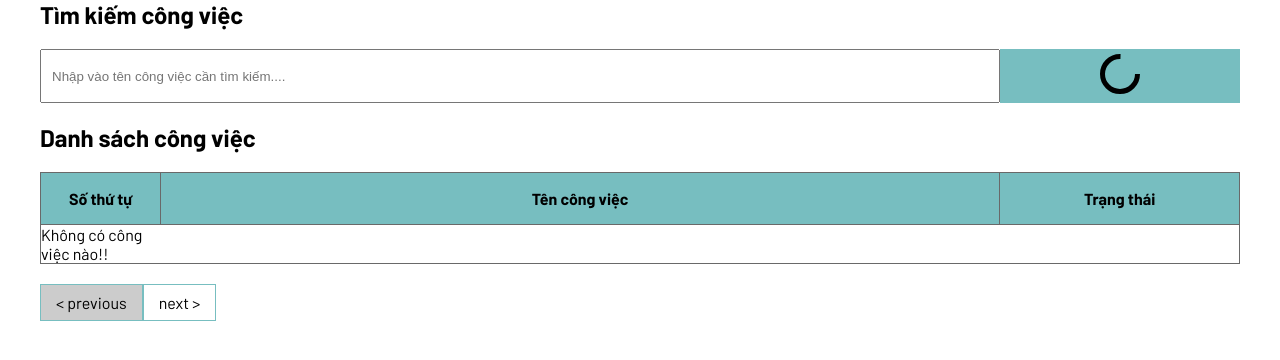
Repository: OkazakiTruong/searchReact
Page: /
These files come from the project's save history. The page is drawn as it stood at one moment and after the next save; the edit follows.
The browser window is 1280 px wide. The pictures show the whole page.
The page's requests for data from a server got no answer. The project was rebuilt for these pictures with package versions that can differ from the ones it lists, and the page was loaded fresh each time. No one was signed in, and anything a server would have sent is missing. Also part of the build but not shown: vite.config.js.

Above is the page before, as saved 2024-01-13 23:33:45.

### src/App.jsx
import React from "react";
import { SearchAppContainer } from "./SearchApp/SearchAppContainer";

export const App = () => {
  return (
    <div className="app">
      <SearchAppContainer />
    </div>
  );
};

### src/index.css
@import url("https://fonts.googleapis.com");
@import url("https://fonts.gstatic.com");
@import url("https://fonts.googleapis.com/css2?family=Barlow:ital,wght@0,100;0,200;0,300;0,400;0,500;0,600;0,700;0,800;0,900;1,100;1,200;1,300;1,400;1,500;1,600;1,700;1,800;1,900&display=swap");

* {
  padding: 0;
  margin: 0;
  box-sizing: border-box;
}

body {
  font-family: "Barlow", sans-serif;
}
ul,
li {
  list-style: none;
}

.app {
  max-width: 1250px;
  padding: 0 25px;
  margin: 0 auto;
}

### src/SearchApp/SearchAppContainer.jsx
import React, { useCallback, useEffect, useState, useRef } from "react";
import { ListTodo } from "./Todo/ListTodo";
import { Search } from "./Search/Search";
import { Pagination } from "./Pagination/Pagination";
import debounce from "lodash.debounce";
export const SearchAppContainer = () => {
  const [todos, setTodos] = useState(null);
  const [totalPage, setTotalPage] = useState(null);
  const [currentPage, setCurrentPage] = useState(1);
  const [isLoading, setIsLoading] = useState(false);
  const [filter, setFilter] = useState({
    title_like: "",
  });
  // const debounceDropDown = useRef(
  //   debounce((nextValue) => fetchDropdownOptions(nextValue), 1000)
  // ).current;
  useEffect(() => {
    const params = new URLSearchParams(filter).toString();
    //fetch api
    setIsLoading(true);
    fetch(
      `https://jsonplaceholder.typicode.com/todos?_page=${currentPage}&_limit=10&${params}`,
      {
        method: "GET",
        headers: {
          "Content-type": "application/json",
        },
      }
    )
      .then((response) => {
        setTotalPage(Math.ceil(+response.headers.get("x-total-count") / 10));
        return response.json();
      })
      .then((data) => {
        setIsLoading(false);
        setTodos(data);
      });
  }, [currentPage, filter]);
  const handlePageClick = (event) => {
    setCurrentPage(++event.selected);
  };
  const handleSearch = (event) => {
    const dataSearch = event.target.value;
    setFilter({ ...filter, title_like: `${dataSearch.trim()}` });
  };
  const handleSubmit = (title) => {
    setFilter({ ...filter, title_like: `${title.trim()}` });
  };
  return (
    <div>
      <Search
        todos={todos}
        handleSearch={handleSearch}
        handleSubmit={handleSubmit}
        isLoading={isLoading}
      />
      <ListTodo todos={todos} />
      <Pagination totalPage={totalPage} handlePageClick={handlePageClick} />
    </div>
  );
};

### src/SearchApp/Todo/ListTodo.jsx
import React from "react";
import "./listTodo.css";

export const ListTodo = ({ todos }) => {
  return (
    <>
      <h2>Danh sách công việc</h2>
      <table>
        <tbody>
          <tr>
            <th className="numerical-order">Số thứ tự</th>
            <th className="todo-name">Tên công việc</th>
            <th className="status">Trạng thái</th>
          </tr>
          {!todos
            ? "Không có công việc nào!!"
            : todos.map((todo, index) => (
                <tr key={todo.id}>
                  <td className="numeric-order">{todo.id}</td>
                  <td>{todo.title}</td>
                  <td>
                    {todo.completed ? "Đã hoàn thành" : "Chưa hoàn thành"}
                  </td>
                </tr>
              ))}
        </tbody>
      </table>
    </>
  );
};

### src/SearchApp/Search/Search.jsx
import React, { useEffect, useRef, useState } from "react";
import "./Search.css";

export const Search = ({ todos, handleSearch, handleSubmit, isLoading }) => {
  const suggestRef = useRef(null);
  const inputRef = useRef(null);
  const searchContainerRef = useRef(null);
  const handleFocus = () => {
    console.log(suggestRef.current);
    suggestRef.current.classList.add("active");
  };
  const handleClickOutside = (event) => {
    const { target } = event;
    if (!searchContainerRef.current.contains(target)) {
      suggestRef.current.classList.remove("active");
    }
  };
  useEffect(() => {
    console.log(isLoading);
    document.addEventListener("click", handleClickOutside);
  });
  return (
    <>
      <h2>Tìm kiếm công việc</h2>
      <div className="search-container" ref={searchContainerRef}>
        <form
          onSubmit={(e) => {
            e.preventDefault();
            suggestRef.current.classList.remove("active");
            handleSubmit(inputRef.current.value);
          }}
        >
          <div className="search-bar">
            <input
              type="text"
              placeholder="Nhập vào tên công việc cần tìm kiếm...."
              onFocus={handleFocus}
              ref={inputRef}
              onChange={(e) => {
                handleSearch(e);
              }}
            />
            <button type="submit" className="btn-submit">
              {isLoading ? (
                <img className="loading-icon" src="/rolling_loading.svg" />
              ) : (
                "Tìm kiếm"
              )}
            </button>
          </div>
        </form>
        <div className="search-suggest" ref={suggestRef}>
          {todos === null
            ? "Không có todo nào"
            : todos?.map((todo) => {
                return (
                  <p
                    className="todo-search-suggest"
                    key={todo.id}
                    onClick={(e) => {
                      console.log(e.target.innerText);
                      inputRef.current.value += " " + e.target.innerText;
                    }}
                  >
                    {todo.title}
                  </p>
                );
              })}
        </div>
      </div>
    </>
  );
};

### src/SearchApp/Pagination/Pagination.jsx
import React from "react";
import ReactPaginate from "react-paginate";
import "./pagination.css";

export const Pagination = ({ totalPage, handlePageClick }) => {
  return (
    <div className="pagination-container">
      <ReactPaginate
        nextLabel="next >"
        onPageChange={handlePageClick}
        pageRangeDisplayed={3}
        marginPagesDisplayed={2}
        pageCount={totalPage}
        previousLabel="< previous"
        pageClassName="page-item"
        pageLinkClassName="page-link"
        previousClassName="page-item"
        previousLinkClassName="page-link"
        nextClassName="page-item"
        nextLinkClassName="page-link"
        breakLabel="..."
        breakClassName="page-item"
        breakLinkClassName="page-link"
        containerClassName="pagination"
        activeClassName="active"
        renderOnZeroPageCount={null}
      />
    </div>
  );
};

### src/SearchApp/Todo/listTodo.css
table {
  width: 100%;
}
table,
th,
td {
  border: 1px solid #696969;
  border-collapse: collapse;
}
th,
td {
  padding: 16px;
}
th {
  background-color: #77bec0;
}
th.todo-name {
  width: 70%;
}
th.numeric-order {
  width: 10%;
}
th.status {
  width: 20%;
}
td.numeric-order {
  text-align: center;
}
h2 {
  margin-bottom: 20px;
}

### src/SearchApp/Search/Search.css
input {
  width: 80%;
  padding: 10px;
}

button {
  width: 20%;
  cursor: pointer;
  background-color: #77bec0;
  border: #77bec0;
  font-weight: 600;
  font-size: 16px;
}
.loading-icon {
  width: 50px;
}
.btn-submit:hover {
  background-color: #90d7da;
}
.search-container {
  margin: 20px 0;
  position: relative;
}
.search-bar {
  display: flex;
  width: 100%;
}
.search-suggest {
  border: 1px solid #77bec0;
  position: absolute;
  width: 80%;
  height: 200px;
  background-color: white;
  padding: 10px 0 10px 0;
  overflow: auto;
  visibility: hidden;
}
.search-suggest.active {
  visibility: visible;
  background-color: white;
}
.search-suggest::-webkit-scrollbar-track {
  -webkit-box-shadow: inset 0 0 6px rgba(0, 0, 0, 0.3);
  background-color: #f5f5f5;
}
.search-suggest::-webkit-scrollbar {
  width: 4px;
  background-color: #f5f5f5;
}
.search-suggest::-webkit-scrollbar-thumb {
  background-color: #579092;
  border: 2px solid #579092;
}

.todo-search-suggest {
  padding: 10px;
}
.todo-search-suggest:hover {
  background-color: #ccc;
  cursor: pointer;
}

### src/SearchApp/Pagination/pagination.css
.pagination-container {
  margin: 20px 0 !important;
}
.pagination {
  display: flex;
}
.pagination .page-link {
  border: 1px solid #77bec0;
  display: block;
  padding: 8px 15px;
  cursor: pointer;
  user-select: none;
}

.pagination .page-link:hover {
  background-color: #e4e4e4;
}

.active {
  background-color: #77bec0;
}

.disabled {
  background-color: #ccc;
  cursor: not-allowed;
}

Loaded but not shown: index.html (common file); src/main.jsx (common file)

After the next save:
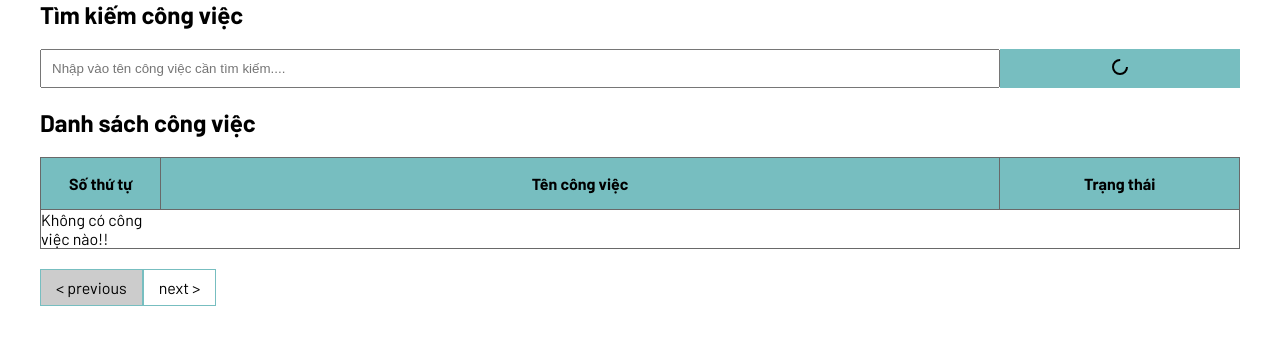
Saved 8 s later.
--- a/src/SearchApp/Search/Search.css
+++ b/src/SearchApp/Search/Search.css
@@ -12,7 +12,7 @@ button {
   font-size: 16px;
 }
 .loading-icon {
-  width: 50px;
+  width: 20px;
 }
 .btn-submit:hover {
   background-color: #90d7da;
